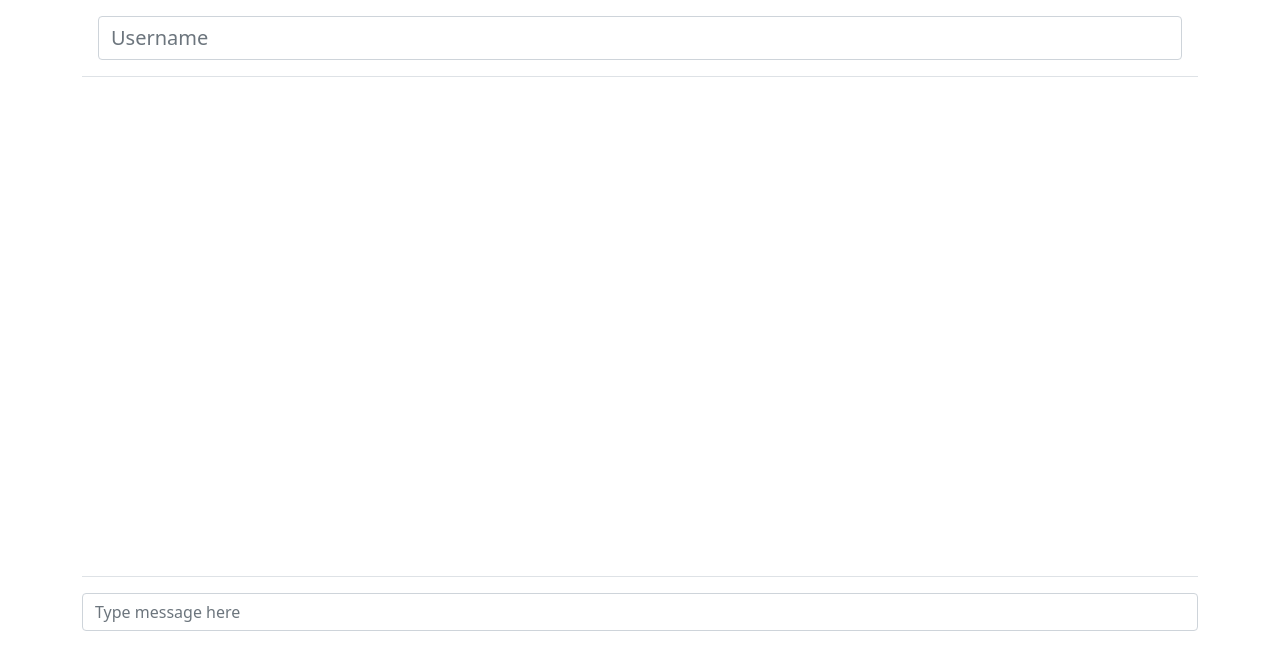
Repository: CSCI201-G32/StudyGroups
Page: / (app in react-chat/)
These files come from the project's save history. The page is drawn as it stood at one moment and after the next save; the edit follows.
The browser window is 1280 px wide. The pictures show the whole page.
The page's requests for data from a server got no answer. The project was rebuilt for these pictures with package versions that can differ from the ones it lists, and the page was loaded fresh each time. No one was signed in, and anything a server would have sent is missing.

Above is the page before, as saved 2023-11-16 08:55:48.

After the next save:
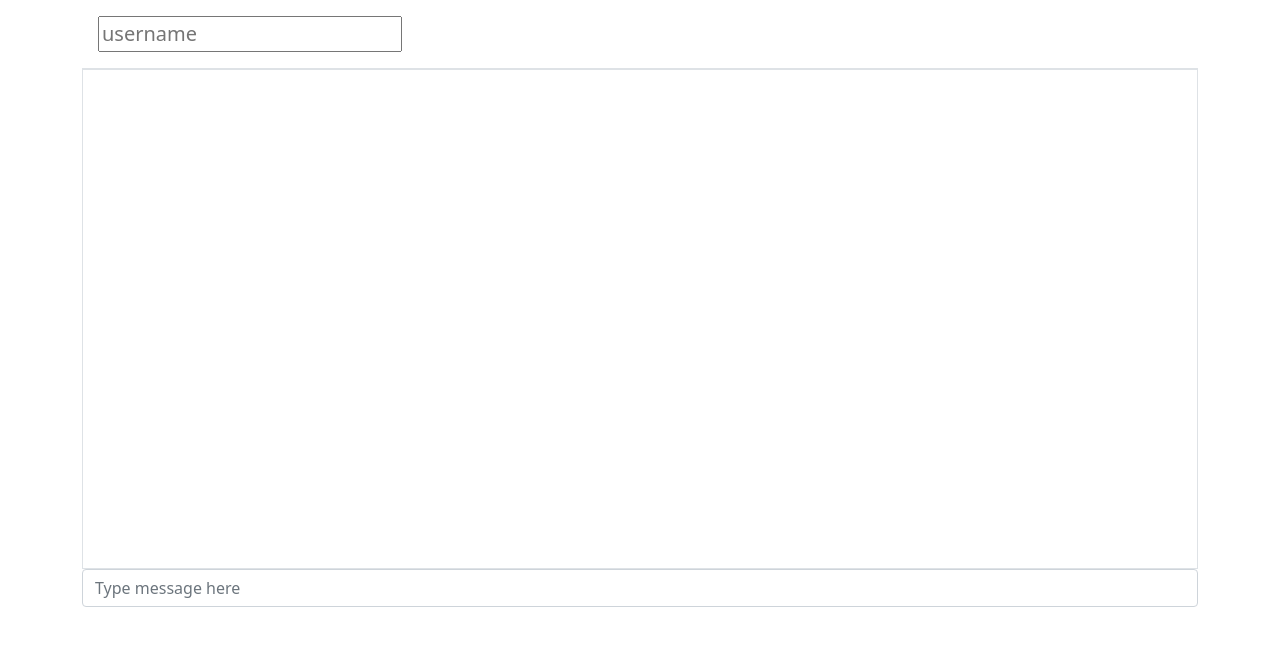
Saved 67 s later.
--- a/react-chat/src/App.js
+++ b/react-chat/src/App.js
@@ -40,38 +40,29 @@ function App() {
 
   return (
     <div className="container">
-    <div className="d-flex flex-column align-items-stretch flex-shrink-0 bg-white">
-      <div className="d-flex align-items-center flex-shrink-0 p-3 link-dark text-decoration-none border-bottom">
-        <input
-          className="form-control fs-5 fw-semibold"
-          placeholder="Username"
-          value={username}
-          onChange={e => setUsername(e.target.value)}
-        />
-      </div>
-      <div className="list-group list-group-flush border-bottom scrollarea">
+      <div className="d-flex flex-column align-items-stretch flex-shrink-0 bg-white">
+        <div
+        className="d-flex align-items-center flex-shrink-0 p-3 link-dark text-decoration-none border-bottom">
+          <input className="fs-5 fw-semibold" placeholder="username" value={username} onChange={e => setUsername(e.target.value)}/>
+        </div>
+      <div className="list-group list-group-flush border bottom scrollarea">
         {messages.map(message => {
-          return (
-            <div className="list-group-item list-group-item-action py-3 lh-tight" key={message.id}>
+          return(
+            <div className="list-group-item list-group-item-action py-3 lh-tight">
               <div className="d-flex w-100 align-items-center justify-content-between">
                 <strong className="mb-1">{message.username}</strong>
               </div>
               <div className="col-10 mb-1 small">{message.message}</div>
             </div>
-          );
+          )
         })}
       </div>
+      </div>
+      <form onSubmit={e => handleSubmit(e)}>
+        <input className="form-control" placeholder="Type message here" value={message}
+        onChange={e => setMessage(e.target.value)}/>
+      </form>
     </div>
-    <form onSubmit={e => handleSubmit(e)}>
-      <input
-        className="form-control mt-3"
-        placeholder="Type message here"
-        value={message}
-        onChange={e => setMessage(e.target.value)}
-      />
-    </form>
-  </div>
-
   );
 }
 
